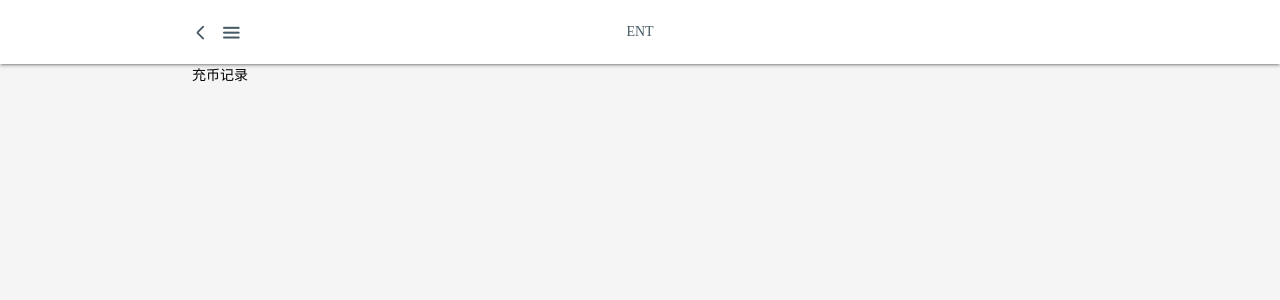
Repository: miyanshichen/ent
Page: /finance/deposit/logs
The author's editor kept a copy of each file at every save. The page is drawn from the files as they stood at one save, then again after the next save.
The browser window is 1280 px wide. The pictures show the whole page.
The project was rebuilt for these pictures with package versions that can differ from the ones it lists, and the page was loaded fresh each time. Also part of the build but not shown: vue.config.js, src/assets/font/iconfont.js, src/components/Input.vue.

Above is the page before, as saved 2021-01-13 16:47:39.

After the next save:
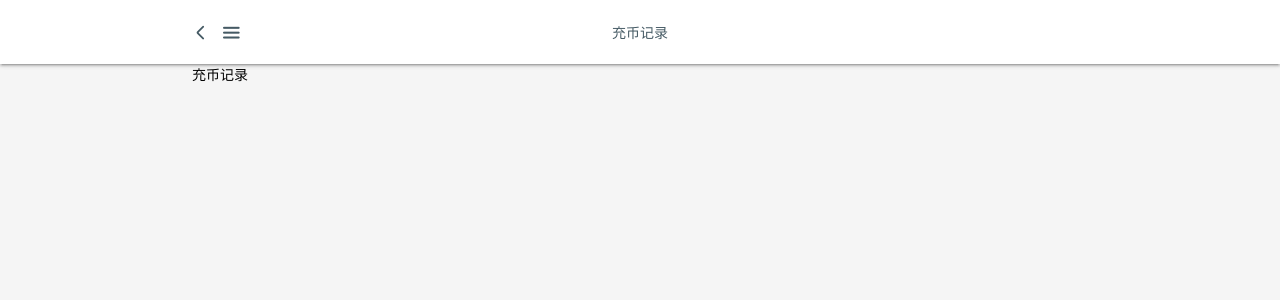
Saved 17 s later.
--- a/src/views/assets/depositLogs.vue
+++ b/src/views/assets/depositLogs.vue
@@ -1,6 +1,6 @@
 <template>
   <div>
-    <public-header title="充币记录"></public-header>
+    <public-header headerText="充币记录"></public-header>
     <div class="container">充币记录</div>
   </div>
 </template>
